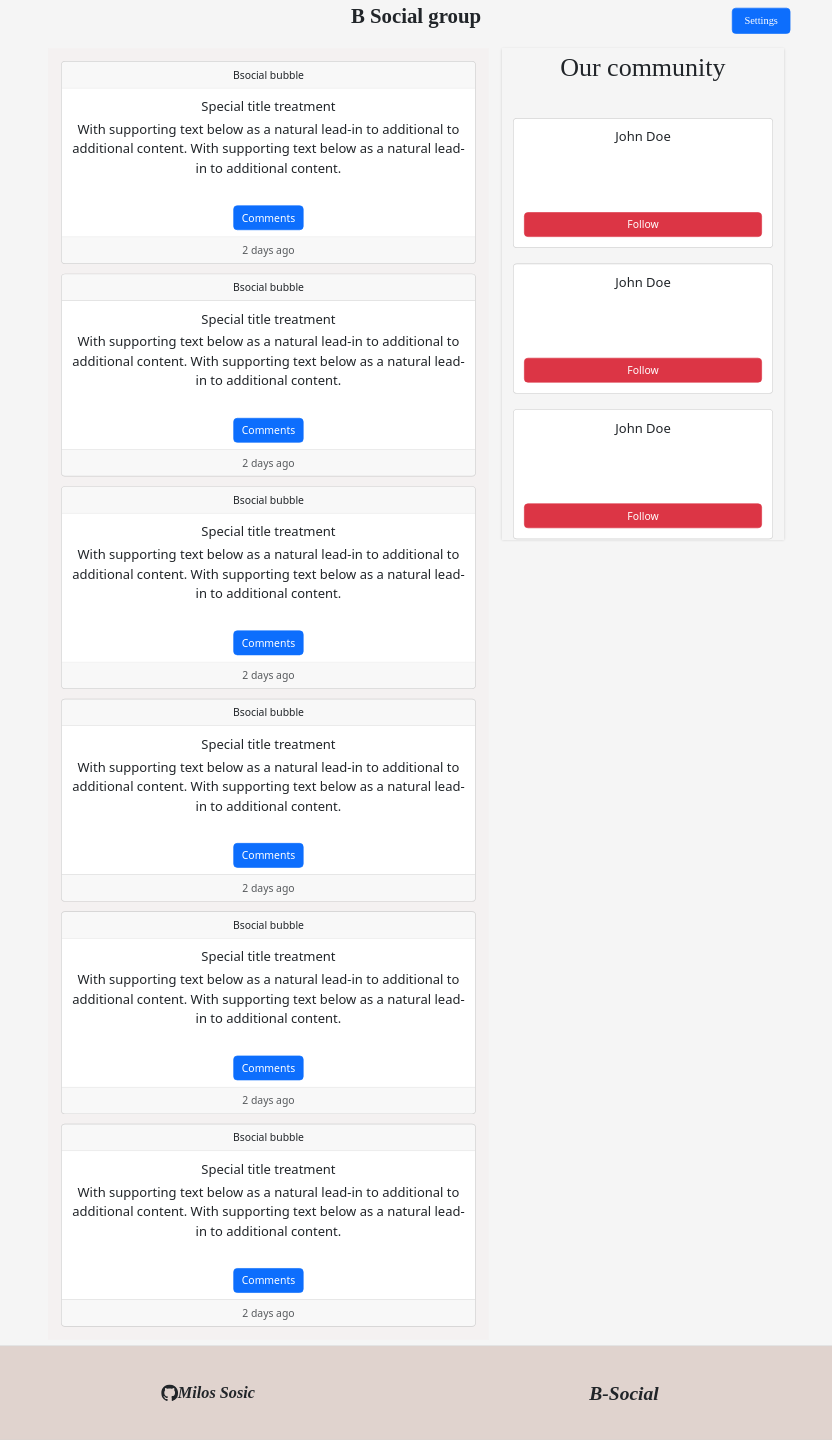
Repository: mcedo1/b-Social-app
Page: /main
The author's editor kept a copy of each file at every save. The page is drawn from the files as they stood at one save, then again after the next save.
The browser window is 1280 px wide. The pictures show the whole page, at 65% of full size.
The project was rebuilt for these pictures with package versions that can differ from the ones it lists, and the page was loaded fresh each time. Also part of the build but not shown: src/components/log.reg.component/Login.js, src/components/log.reg.component/Registration.js, src/components/submain.component/Comment.js, src/components/about.us.component/NewFollowers.js, src/components/about.us.component/AboutUs.js.

Above is the page before, as saved 2024-02-03 15:27:21.

After the next save:
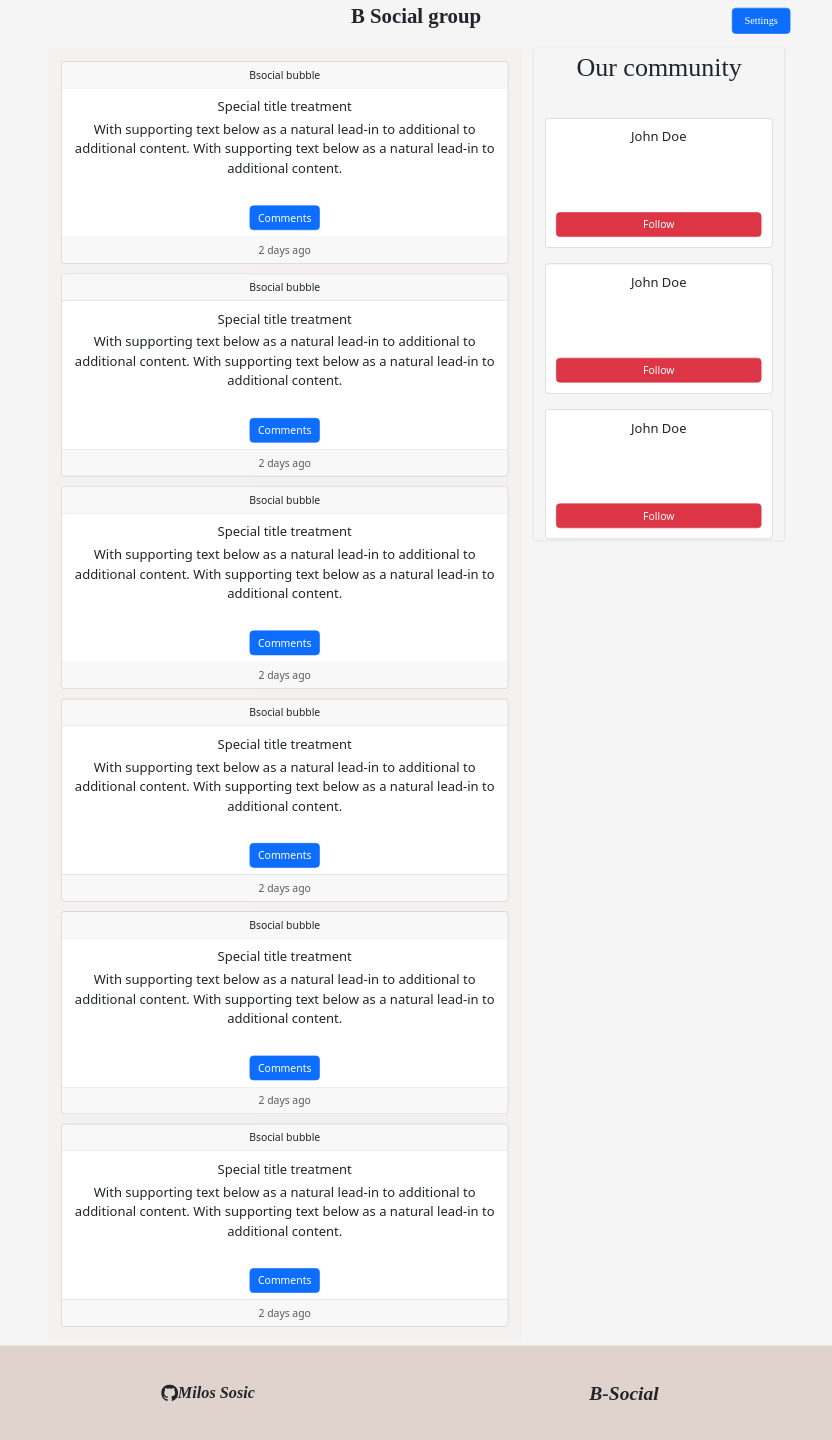
Saved 9 s later.
--- a/src/components/submain.component/FollowerComponet.js
+++ b/src/components/submain.component/FollowerComponet.js
@@ -4,7 +4,7 @@ import "bootstrap/dist/css/bootstrap.min.css";
 const FollowerCard = ({ firstName, lastName }) => {
     return (
         <div className="col-md-4 mb-4">
-            <div className="card" style={{ width: "400px", height: "200px" }}>
+            <div className="card" style={{ width: "350px", height: "200px" }}>
                 <div className="card-body d-flex flex-column justify-content-between">
                     <h5 className="card-title d-flex justify-content-center">{`${firstName} ${lastName}`}</h5>
                     <button className="btn btn-danger">Follow</button>
